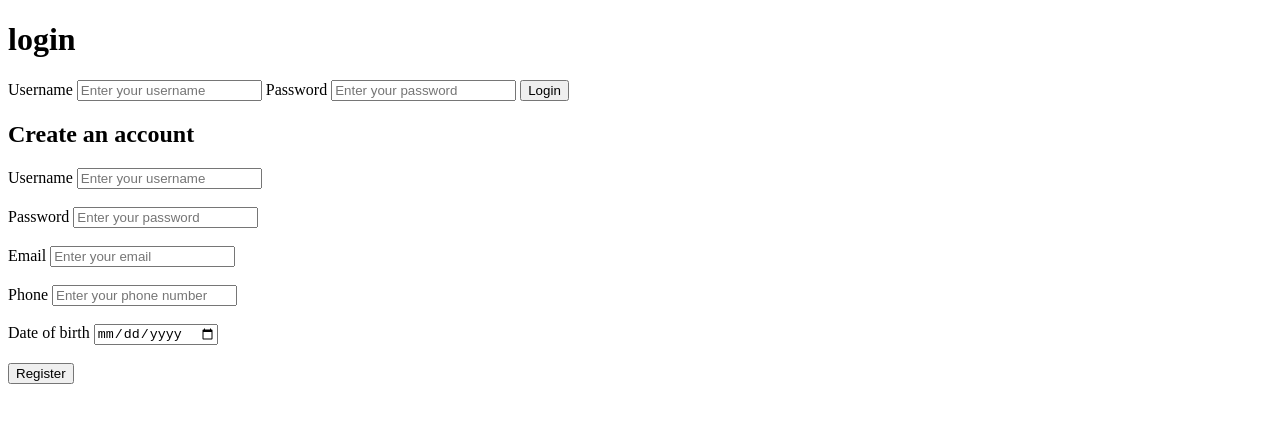
Repository: bao2222/hoc-lam-web
Page: welcome.html
An editor plug-in stored every save of this project. The page is shown before and after the next save, followed by the edit.
The browser window is 1280 px wide. The pictures show the whole page.

Above is the page before, as saved 2024-12-30 08:56:06.

After the next save:
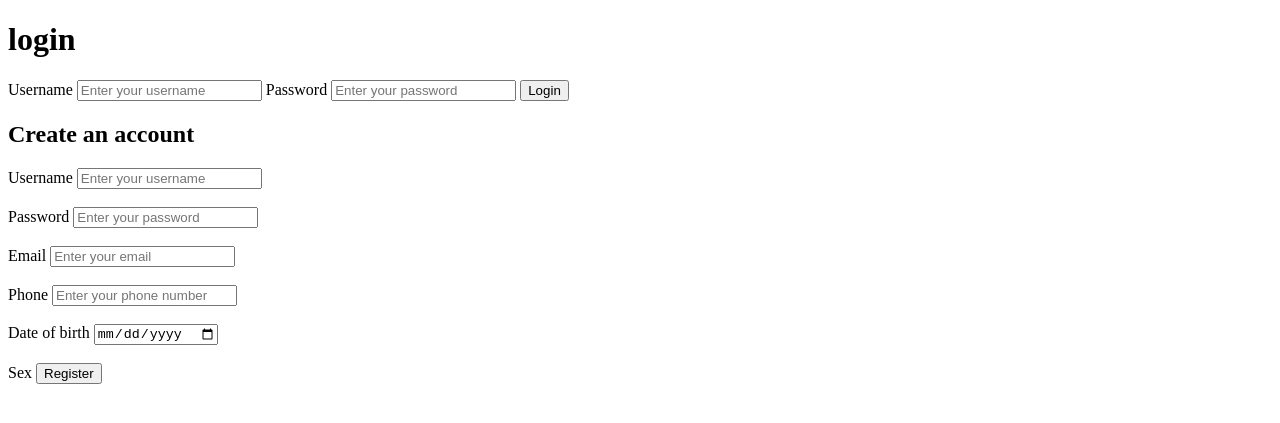
Saved 75 s later.
--- a/welcome.html
+++ b/welcome.html
@@ -49,6 +49,9 @@
                         <label for="register_dob">Date of birth</label>
                         <input type="date" id="register_dob" placeholder="Enter your date of birth" name="dob" required><br><br>
 
+                        <label for="register_sex">Sex</label>
+
+
                         <button type="submit">Register</button>
 
                     </form>
